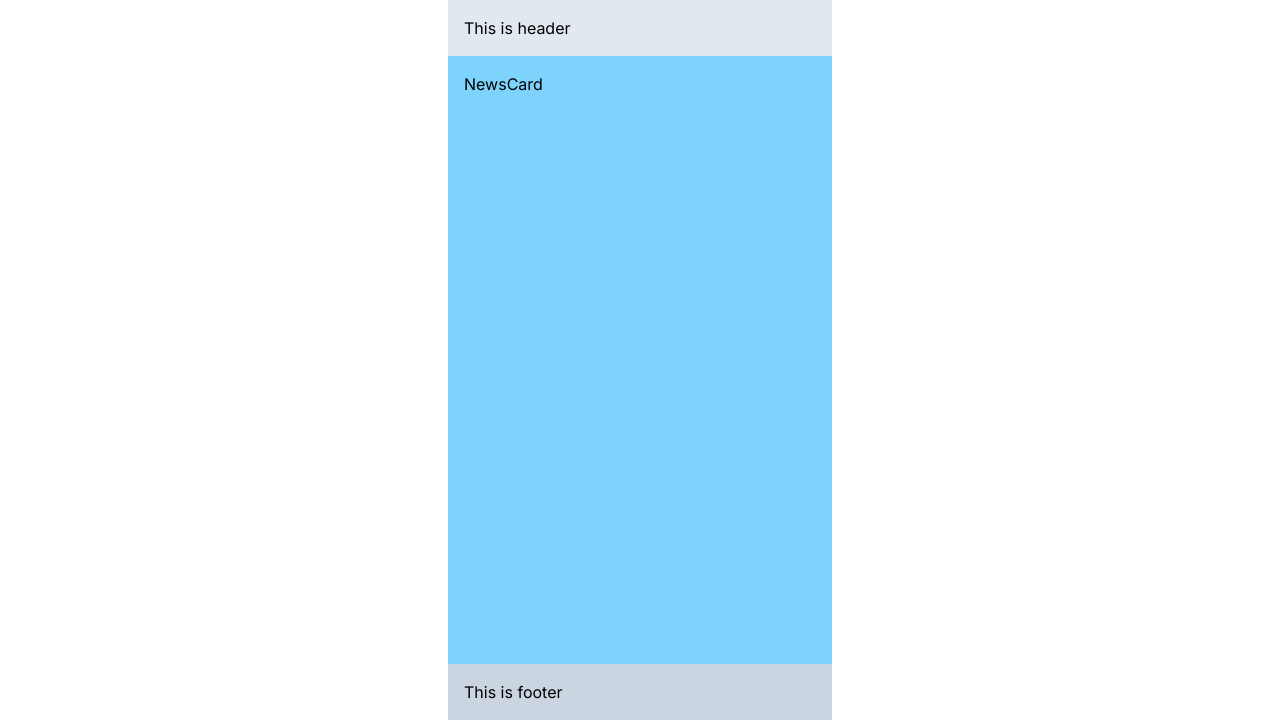
Repository: nirazanbasnet/test-react-swipeable
Page: /
These files come from the project's save history. The page is drawn as it stood at one moment and after a run of saves; the edit follows.
The browser window is 1280 px wide. The pictures show the whole page.
The project was rebuilt for these pictures with package versions that can differ from the ones it lists, and the page was loaded fresh each time. The framework's server and built-in components were replaced by stand-ins that run in the browser. Also part of the build but not shown: next.config.mjs.

Above is the page before, as saved 2024-02-07 10:10:26.

After the next 3 saves:
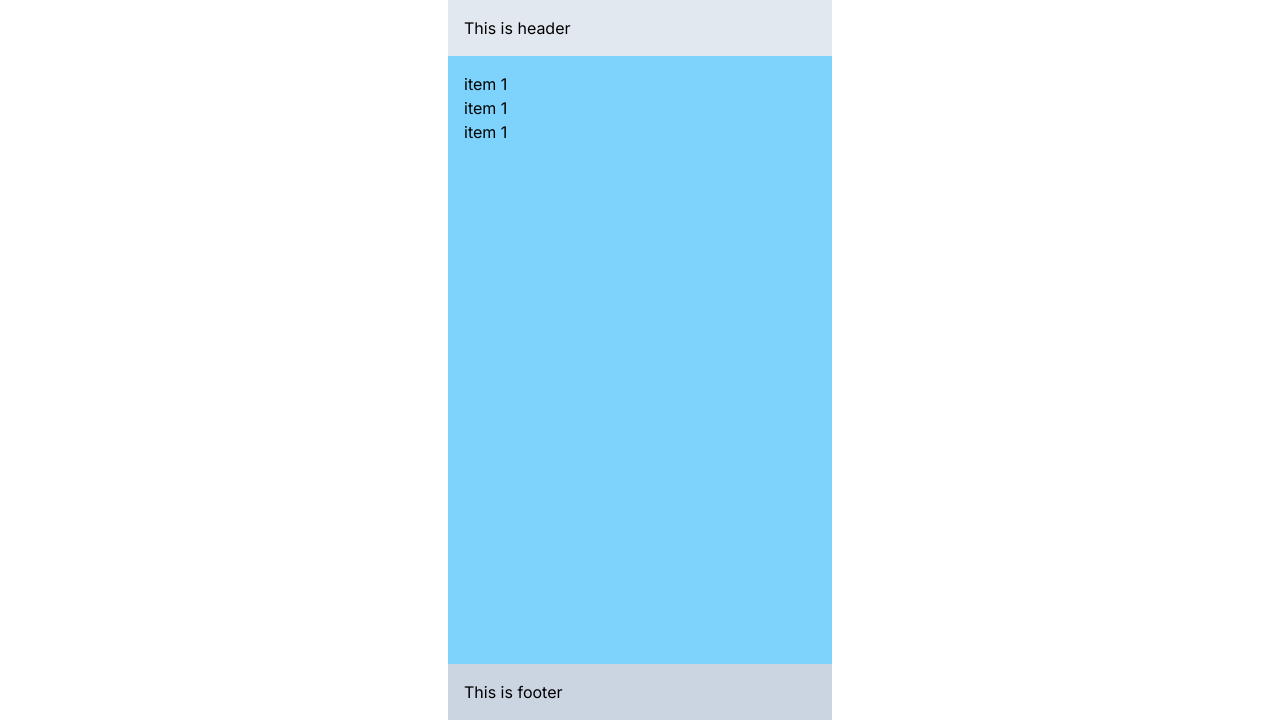
The 3 saves are shown as one change because they came seconds apart.
The last was saved 2 min 4 s later.
--- a/src/components/NewsCard.js
+++ b/src/components/NewsCard.js
@@ -18,7 +18,9 @@ function NewsCard() {
 	};
 	return (
 		<div {...handlers} ref={refPassthrough}>
-			NewsCard
+			<div>item 1</div>
+			<div>item 1</div>
+			<div>item 1</div>
 		</div>
 	);
 }
